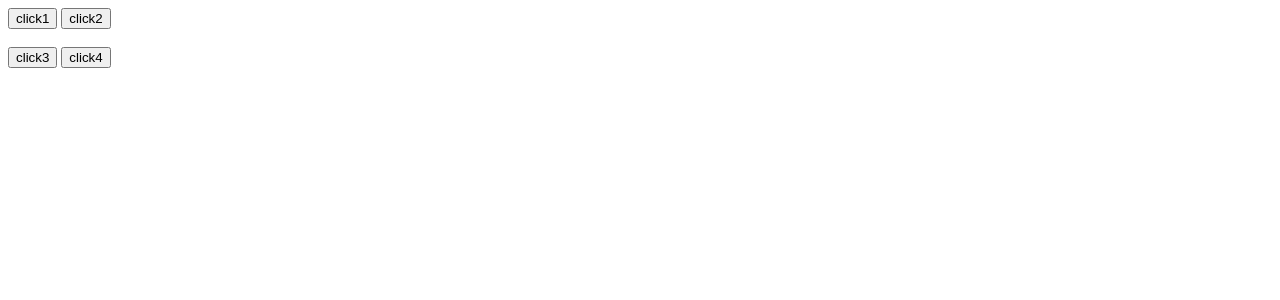
Repository: Jeong43/WebStudy
Page: JsonApp/WebContent/JsonTest08.html
The author's editor kept a copy of each file at every save. The page is drawn from the files as they stood at one save, then again after the next save.
The browser window is 1280 px wide. The pictures show the whole page.

Above is the page before, as saved 2021-12-09 02:18:47.

### JsonApp/WebContent/JsonTest08.html
<!DOCTYPE html>
<html>
<head>
<meta charset="UTF-8">
<title>JsonTest08.html</title>
<script type="text/javascript">

	var myJsonObj8 =
	{
		"test" :
		[
			"ccc", "ddd"
		]
		, "exam" :
		[
			"kkk", "ppp"
		]
	}

	/*
	var myJsonObj8 = { "test" : ["ccc", "ddd"]
					 , "exam" : ["kkk", "ppp"] }
	*/

</script>
</head>
<body>

<form action="">
	<input type="button" value="click1" onclick="alert(myJsonObj8)" />
	<!-- [object Object] -->

	<input type="button" value="click2" onclick="alert(typeof myJsonObj8)" />
	<!-- object -->

	<br /><br />

	<input type="button" value="click3" onclick="alert(myJsonObj8.test)" />

	<input type="button" value="click4" onclick="alert(typeof myJsonObj8.test)" />

</form>

</body>
</html>

After the next save:
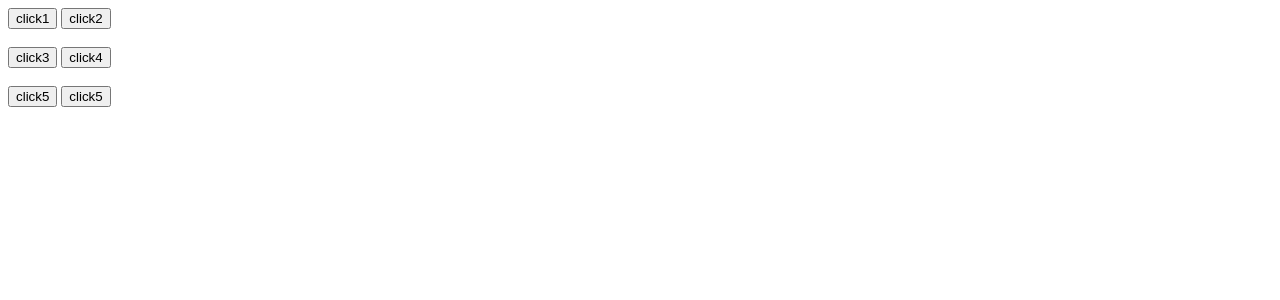
Saved 83 s later.
--- a/JsonApp/WebContent/JsonTest08.html
+++ b/JsonApp/WebContent/JsonTest08.html
@@ -36,8 +36,16 @@
 	<br /><br />
 
 	<input type="button" value="click3" onclick="alert(myJsonObj8.test)" />
+	<!-- ccc,ddd (→ 더미 데이터) -->
 
 	<input type="button" value="click4" onclick="alert(typeof myJsonObj8.test)" />
+	<!-- object -->
+
+	<br /><br />
+
+	<input type="button" value="click5" onclick="alert(myJsonObj8.test[0])" />
+	<input type="button" value="click5" onclick="alert(typeof myJsonObj8.test[0])" />
+
 
 </form>
 
